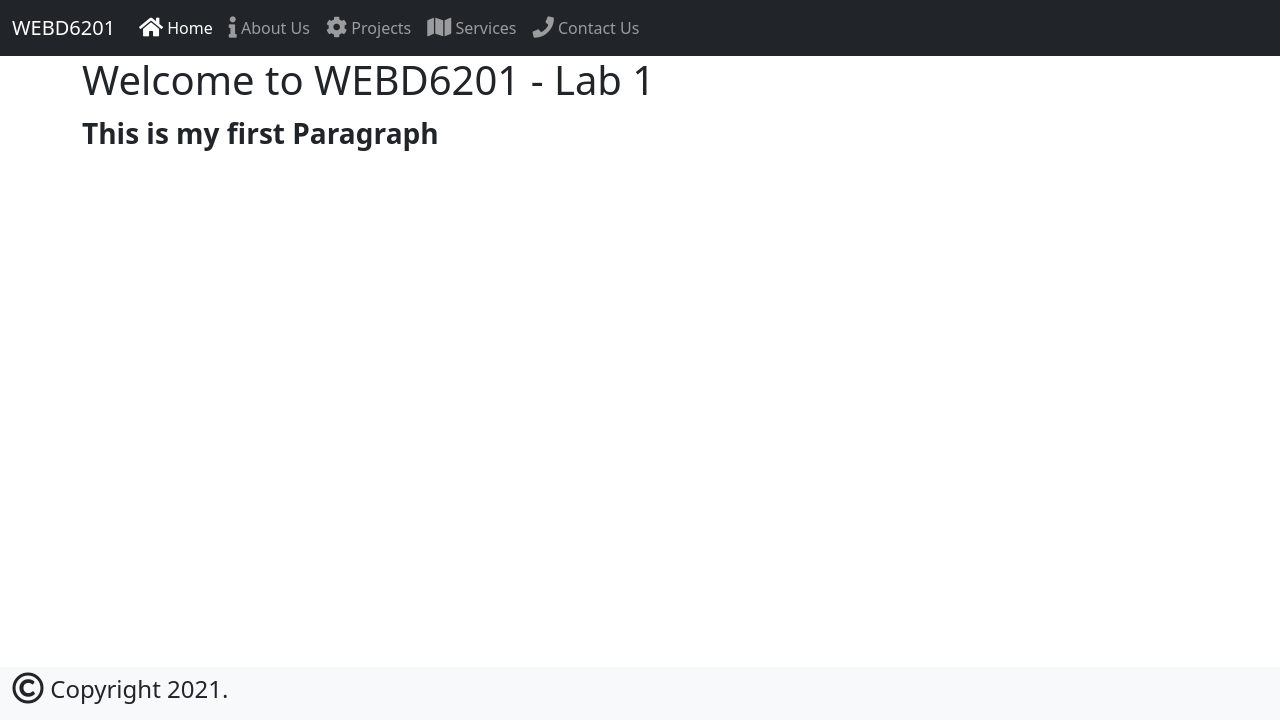
Repository: MuzhdaEhsan/WEBD6201-W2021-Lab1
Page: index.html
The author's editor kept a copy of each file at every save. The page is drawn from the files as they stood at one save, then again after the next save.
The browser window is 1280 px wide. The pictures show the whole page.

Above is the page before, as saved 2021-01-28 11:21:42.

### index.html
<!DOCTYPE html>
<html lang="en">
<head>
    <meta charset="UTF-8">
    <meta name="viewport" content="width=device-width, initial-scale=1.0">
    <title>Home</title>
    <!-- CSS Section -->
    <link rel="stylesheet" href="./node_modules/bootstrap/dist/css/bootstrap.min.css">
    <link rel="stylesheet" href="./node_modules/@fortawesome/fontawesome-free/css/all.min.css">
    <link rel="stylesheet" href="./Content/app.css">
</head>
<body>
    <!-- Main Header -->
    <header>
        <!-- Main Navigation -->
        <nav class="navbar navbar-expand-lg navbar-dark bg-dark">
            <div class="container-fluid">
              <a class="navbar-brand" href="index.html">WEBD6201</a>
              <button class="navbar-toggler" type="button" data-bs-toggle="collapse" data-bs-target="#navbarSupportedContent" aria-controls="navbarSupportedContent" aria-expanded="false" aria-label="Toggle navigation">
                <span class="navbar-toggler-icon"></span>
              </button>
              <div class="collapse navbar-collapse" id="navbarSupportedContent">
                <ul class="navbar-nav me-auto mb-2 mb-lg-0">
                  <li class="nav-item">
                    <a class="nav-link active" aria-current="page" href="index.html"><i class="fas fa-home fa-lg"></i> Home</a>
                  </li>

                  <li class="nav-item">
                    <a class="nav-link" aria-current="page" href="about.html"><i class="fas fa-info fa-lg"></i> About Us</a>
                  </li>

                  <li class="nav-item">
                    <a class="nav-link" aria-current="page" href="projects.html"><i class="fas fa-cog fa-lg"></i> Projects</a>
                  </li>

                  <li class="nav-item">
                    <a class="nav-link" aria-current="page" href="services.html"><i class="fas fa-map fa-lg"></i> Services</a>
                  </li>

                  <li class="nav-item">
                    <a class="nav-link" aria-current="page" href="contact.html"><i class="fas fa-phone fa-lg"></i> Contact Us</a>
                  </li>
                </ul>
              </div>
            </div>
          </nav>
    </header>

    <!-- Main Content -->
    <main class="container">
        <h1>Welcome to WEBD 6201</h1>
        <p id="paragraphOne"></p>
    </main>

    <!-- Main Footer -->
    <footer>
        <nav class="navbar fixed-bottom navbar-light bg-light">
            <div class="container-fluid">
              <h4><i class="far fa-copyright fa-lg"></i> Copyright 2021.</h4>
            </div>
          </nav>
    </footer>

    <!-- Script Section-->
    <script src="./node_modules/jquery/dist/jquery.min.js"></script>
    <script src="./node_modules/bootstrap/dist/js/bootstrap.bundle.min.js"></script>
    <script src="./Scripts/app.js"></script>
</body>
</html>

### Scripts/app.js
/*
@author: Muzhda Ehsan
@date: 27-Jan-2021
*/
/* custom JavaScript goes here */

//IIFE - Immediately Invoked Function Expression
//AKA - Anonymous Self-Executing Function
//Closure - limits scope leak

"use strict";

let myContact =
{
  "firstName":"Muzhda",
  "contactNumber":"234234",
  "emailAddress":"muzhda@gmail.com",
  "saysHello":function()
  {
    console.log(`${fullName} says Hello`);
  },
  "someOtherObject": {
    "friendsList": [
      "Peter Parker", "Tony Stark", "Stephen Strange"
    ]
  }
};


(function()
{
    function displayHome()
    {
        let paragraphOneText =
          "This is a simple site to demonstrate DOM Manipulation for ICE 1";

        let paragraphOneElement = document.getElementById("paragraphOne");

        paragraphOneElement.textContent = paragraphOneText;
        paragraphOneElement.className = "fs-5";

        // Step 1. document.createElement
        let newParagraph = document.createElement("p");
        // Step 2. configure the element
        newParagraph.setAttribute("id", "paragraphTwo");
        newParagraph.textContent = "...And this is paragraph two";
        // Step 3. select the parent element
        let mainContent = document.getElementsByTagName("main")[0];
        // Step 4. Add / Insert the element
        mainContent.appendChild(newParagraph);

        newParagraph.className = "fs-6";

        // another way of injecting content
        let paragraphDiv = document.createElement("div");
        let paragraphThree = `<p id="paragraphThree" class="fs-7 fw-bold">And this is the Third Paragraph</p>`;
        paragraphDiv.innerHTML = paragraphThree;

        // insertions

        // example of inserting before a node
        //newParagraph.before(paragraphDiv);

        // example of inserting after a node
        newParagraph.after(paragraphDiv);

        // deletions

        // example of removing a single element
        //paragraphOneElement.remove();

        // example of removeChild
        mainContent.removeChild(paragraphOneElement);

        // update / modification
        //mainContent.firstElementChild.textContent = "Welcome Home!";

        mainContent.innerHTML = `<h1 id="firstHeading">Welcome to WEBD6201 - Lab 1</h1>
         <p id="paragraphOne" class="fs-3 fw-bold">This is my first Paragraph</p>
        `;

    }

    function displayAbout()
    {

    }

    function displayProjects()
    {

    }

    function displayServices()
    {

    }

    function displayContact()
    {
        let messageArea = document.getElementById("messageArea");
        messageArea.hidden = true;

        // form validation
        let fullName = document.getElementById("fullName");
        fullName.addEventListener("blur", function() {
            if(fullName.value.length < 2)
            {
                fullName.focus();
                fullName.select();
                messageArea.hidden = false;
                messageArea.className = "alert alert-danger";
                messageArea.textContent = "Please enter an appropriate Name";
            }
            else
            {
                messageArea.removeAttribute("class");
                messageArea.hidden = true;
            }
        });

        let sendButton = document.getElementById("sendButton");
        sendButton.addEventListener("click", function(event){
           // event.preventDefault();

            let contact = new Contact(fullName.value, contactNumber.value, emailAddress.value);

            if(contact.serialize())
            {
              localStorage.setItem((localStorage.length + 1).toString(), contact.serialize());

            }

            //console.log(contact.toString());
            //console.log(contact.serialize());
        });
    }

    function displayContactList()
    {
      if (localStorage.length > 0)
      {
        let contactList = document.getElementById("contactList");

        let data = "";

        for (let index = 0; index < localStorage.length; index++)
        {
          let contactData = localStorage.getItem((index + 1).toString());

          console.log(contactData);
          let contact = new Contact();
          contact.deserialize(contactData);

          data += `<tr>
          <th scope="row">${index + 1}</th>
          <td>${contact.FullName}</td>
          <td>${contact.ContactNumber}</td>
          <td>${contact.EmailAddress}</td>
        </tr>`;
        }

        contactList.innerHTML = data;
      }


    }

    function Start()
    {
        console.log("App Started...");

        switch (document.title)
        {
          case "Home":
              displayHome();
            break;
          case "About":
              displayAbout();
            break;
          case "Projects":
              displayProjects();
            break;
          case "Services":
              displayServices();
            break;
          case "Contact":
              displayContact();
            break;
            case "Contact-List":
              displayContactList();
            break;
        }

    }

    window.addEventListener("load", Start);

})();

Loaded but not shown: node_modules/bootstrap/dist/css/bootstrap.min.css (library); node_modules/@fortawesome/fontawesome-free/css/all.min.css (library); Content/app.css (common file); node_modules/jquery/dist/jquery.min.js (library); node_modules/bootstrap/dist/js/bootstrap.bundle.min.js (library)

After the next save:
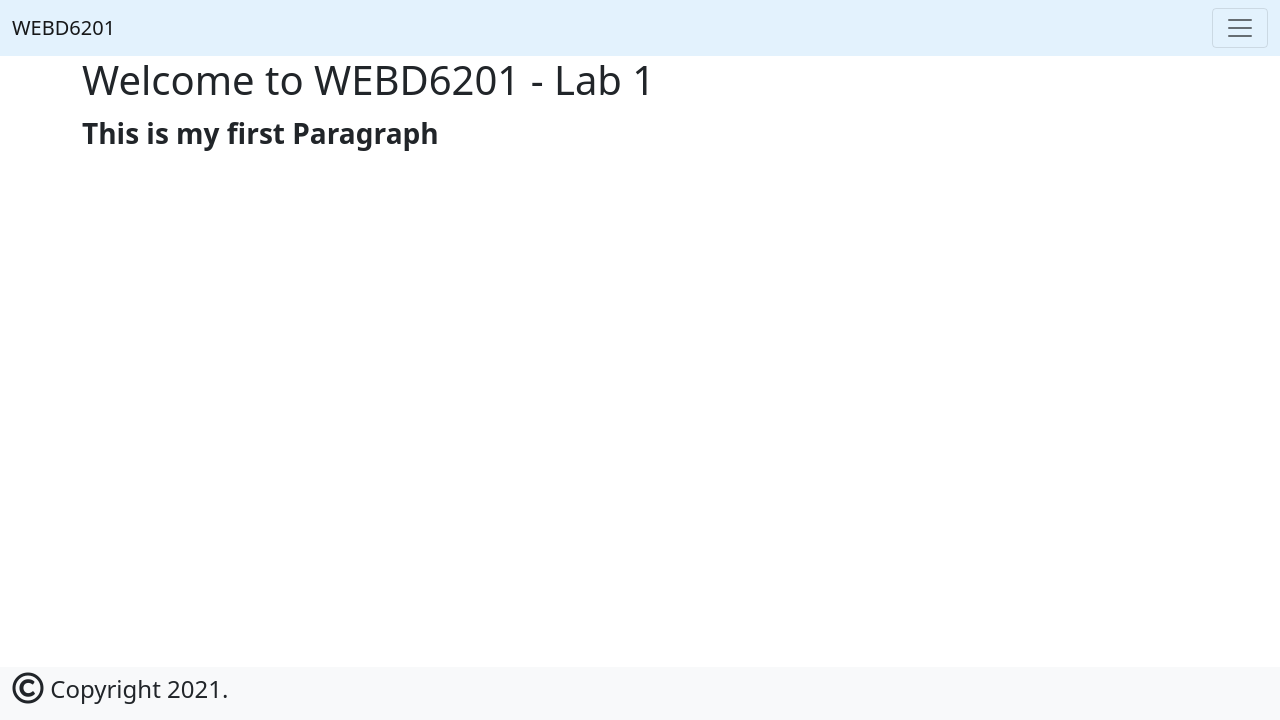
Saved 8 days later.
--- a/index.html
+++ b/index.html
@@ -13,7 +13,7 @@
     <!-- Main Header -->
     <header>
         <!-- Main Navigation -->
-        <nav class="navbar navbar-expand-lg navbar-dark bg-dark">
+        <nav class="navbar navbar-light" style="background-color: #e3f2fd;">
             <div class="container-fluid">
               <a class="navbar-brand" href="index.html">WEBD6201</a>
               <button class="navbar-toggler" type="button" data-bs-toggle="collapse" data-bs-target="#navbarSupportedContent" aria-controls="navbarSupportedContent" aria-expanded="false" aria-label="Toggle navigation">

After the save that followed:
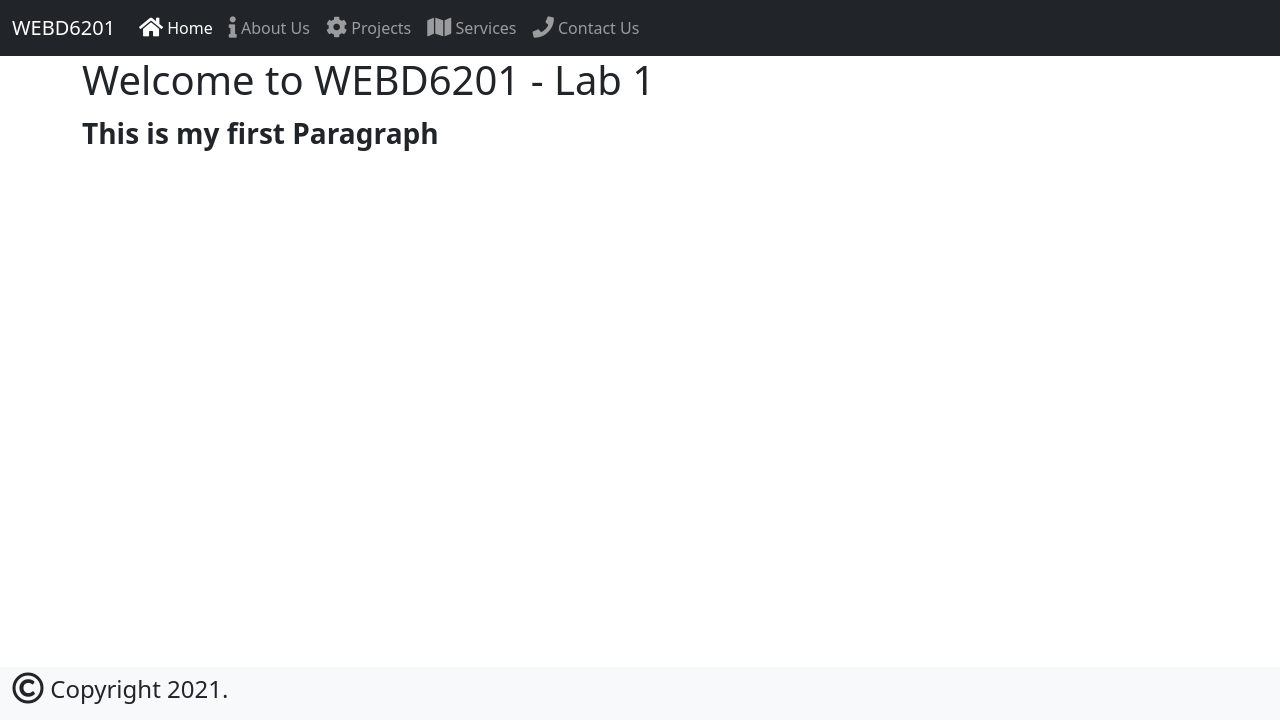
Saved 51 s later.
--- a/index.html
+++ b/index.html
@@ -13,7 +13,7 @@
     <!-- Main Header -->
     <header>
         <!-- Main Navigation -->
-        <nav class="navbar navbar-light" style="background-color: #e3f2fd;">
+        <nav class="navbar navbar-expand-lg navbar-dark bg-dark">
             <div class="container-fluid">
               <a class="navbar-brand" href="index.html">WEBD6201</a>
               <button class="navbar-toggler" type="button" data-bs-toggle="collapse" data-bs-target="#navbarSupportedContent" aria-controls="navbarSupportedContent" aria-expanded="false" aria-label="Toggle navigation">
